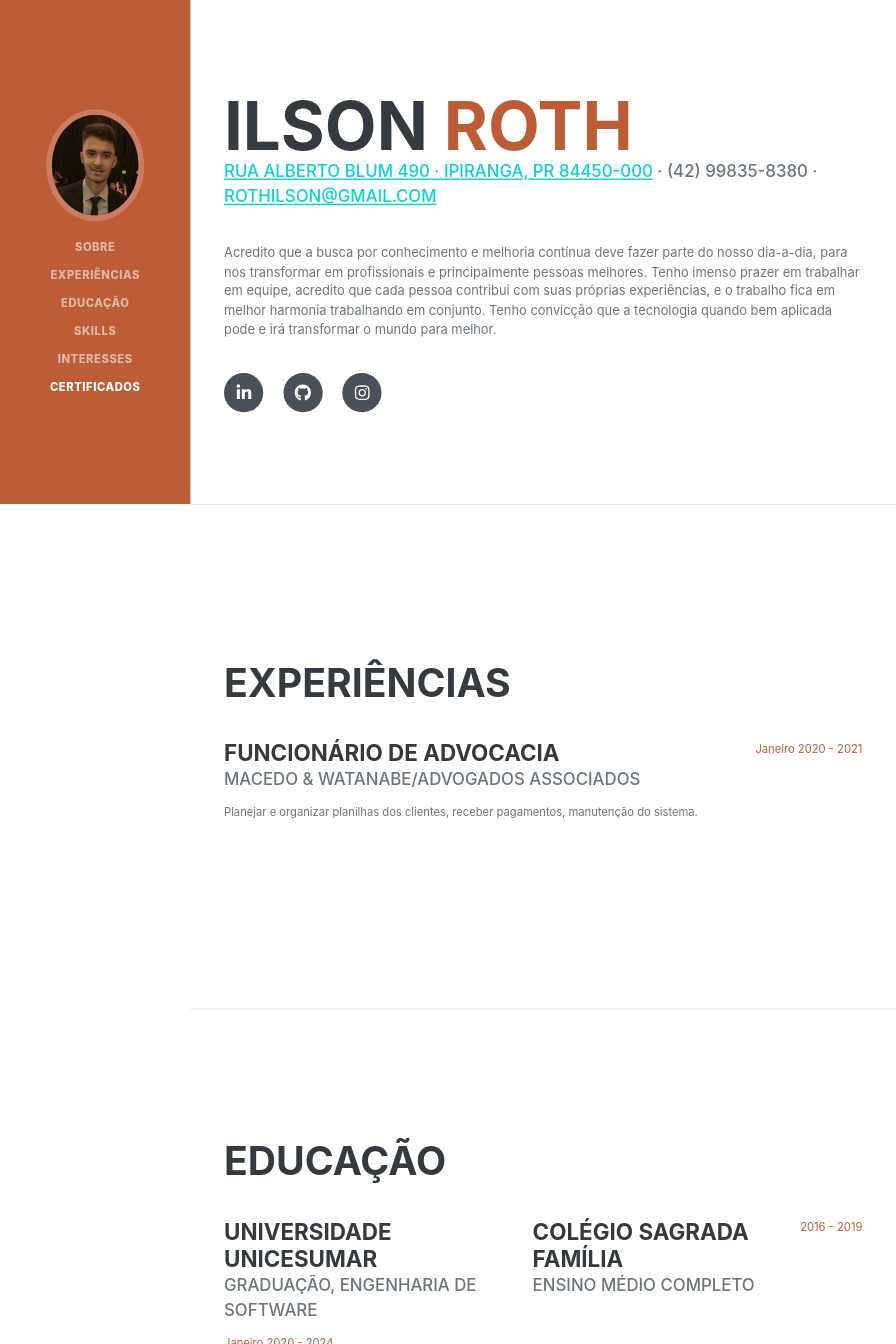
Repository: JuniorRoth/Curriculo-Web
Page: public/index.html
These files come from the project's save history. The page is drawn as it stood at one moment and after the next save; the edit follows.
The browser window is 1280 px wide. The pictures show the part of the page from y = 0 to 1920 px (the page is 4325 px tall), at 70% of full size.
Some web fonts or font styles are not loaded; a fallback is used. Some web libraries are served in a nearby version.

Above is the page before, as saved 2023-02-08 11:09:36.

After the next save:
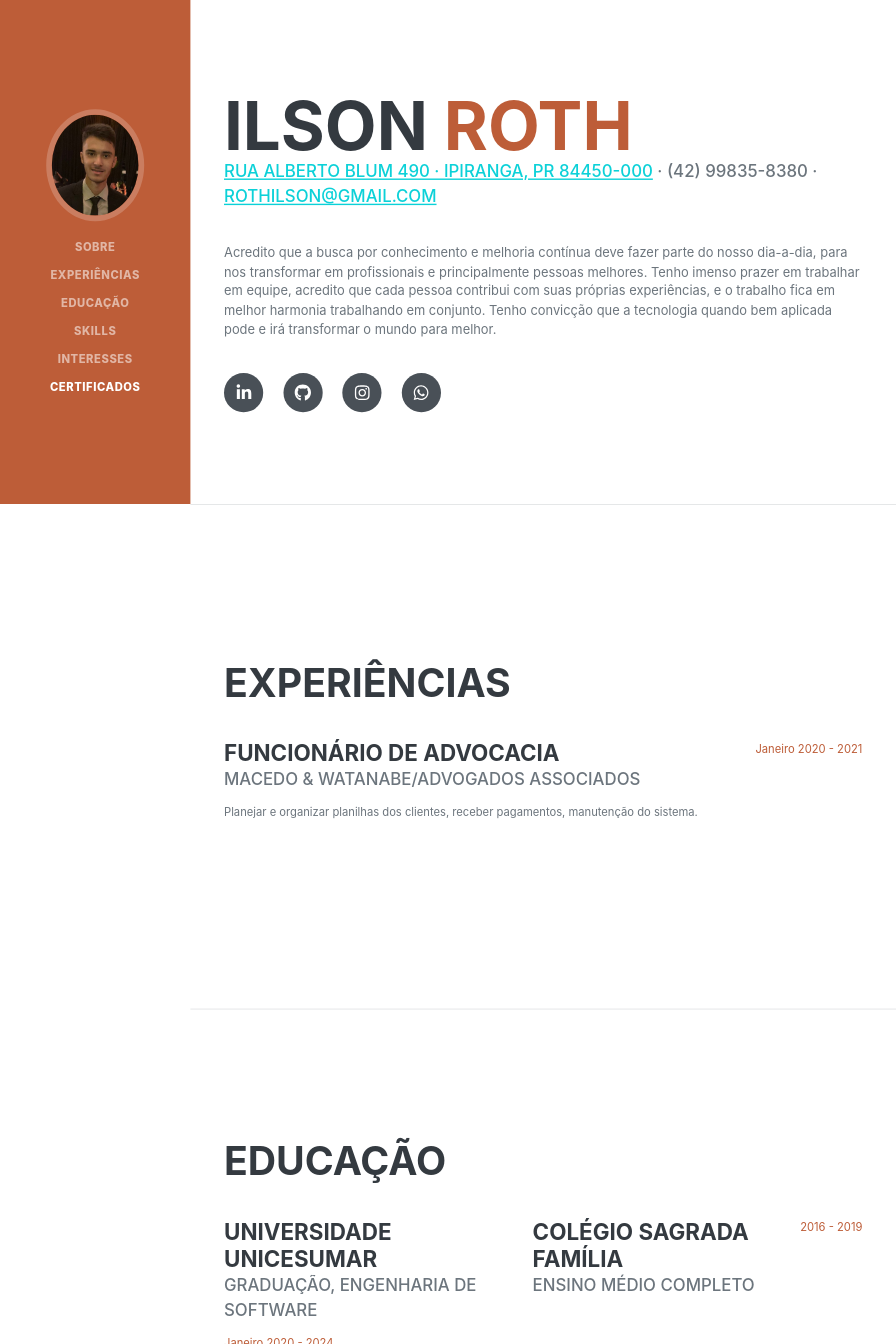
Saved 2 min 30 s later.
--- a/public/index.html
+++ b/public/index.html
@@ -20,9 +20,7 @@
     <body id="page-top">
 
         <!-- fab-->
-        <div class="fixed-bottom">
-            <a class="social-icon icon-fab" href="https://www.linkedin.com/in/juninho-roth-bb1896225/"><i class="fab fa-whatsapp"></i></a>
-        </div>
+
         <!-- Navigation-->
         <nav class="navbar navbar-expand-lg navbar-dark bg-primary fixed-top" id="sideNav">
             <a class="navbar-brand js-scroll-trigger" href="#page-top">
@@ -59,6 +57,7 @@
                         <a class="social-icon" href="https://www.linkedin.com/in/juninho-roth-bb1896225/"><i class="fab fa-linkedin-in"></i></a>
                         <a class="social-icon" href="https://github.com/JuniorRoth"><i class="fab fa-github"></i></a>
                         <a class="social-icon" href="https://www.instagram.com/roth_juninho/?next=%2F"><i class="fab fa-instagram"></i></a>
+                        <a class="social-icon icon-fab" href="https://www.linkedin.com/in/juninho-roth-bb1896225/"><i class="fab fa-whatsapp"></i></a>
                     </div>
                 </div>
             </section>
